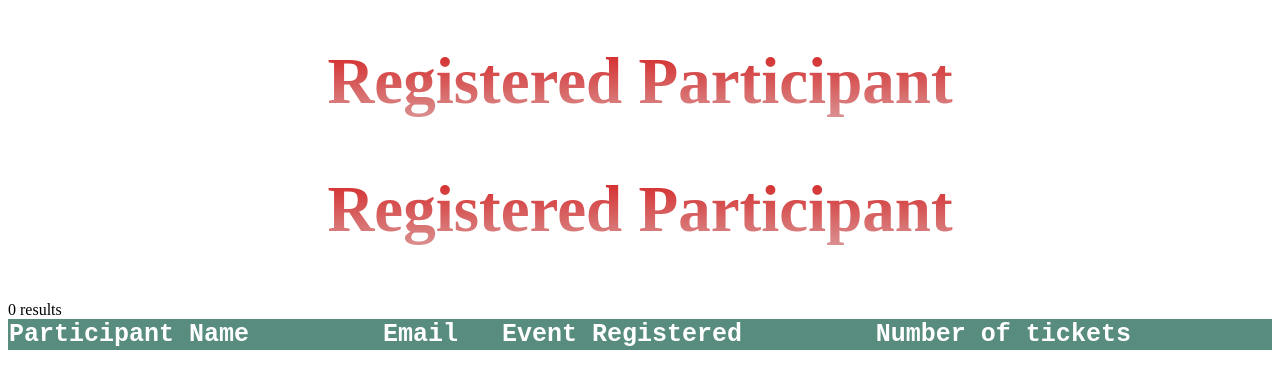
Repository: farhan-helmy/web_prog_project_dulu2
Page: http://localhost/view.php
The author's editor kept a copy of each file at every save. The page is drawn from the files as they stood at one save, then again after the next save.
The browser window is 1280 px wide. The pictures show the whole page.
The page is run by PHP 8.4 with error messages shown; the project is at /var/www/html/. Queries for data that is not in the repository find no rows.

Above is the page before, as saved 2020-05-12 07:24:34.

### view.php
<!DOCTYPE html>
<html>
<head>
<title>Table with database</title>
<style>
table {
border-collapse: collapse;
width: 100%;
color: #588c7e;
font-family: monospace;
font-size: 25px;
text-align: left;
}
th {
background-color: #588c7e;
color: white;
}
tr:nth-child(even) {background-color: #f2f2f2}
h2,h1 {

      font-size: 65px;
      background: -webkit-linear-gradient(rgb(212, 30, 30), rgb(218, 146, 146));
      -webkit-background-clip: text;
      -webkit-text-fill-color: transparent;
    }
</style>
</head>
<body>
<h1 style="text-align: center;">Registered Participant</h1>
<h2 style="text-align: center;">Registered Participant</h2>
<table>
<tr>
<th>Participant Name</th>
<th>Email</th>
<th>Event Registered</th>
<th>Number of tickets</th>
</tr>
<?php
$conn = mysqli_connect("localhost", "root", "", "webproject");
// Check connection
if ($conn->connect_error) {
die("Connection failed: " . $conn->connect_error);
}
$sql = "SELECT name, email, eventname, tickets FROM registration";
$result = $conn->query($sql);
if ($result->num_rows > 0) {
// output data of each row
while($row = $result->fetch_assoc()) {
echo "<tr><td>" . $row["name"]. "</td><td>" . $row["email"] . "</td><td>" . $row["eventname"] . "</td><td>"
. $row["tickets"]. "</td></tr>";
}
echo "</table>";
} else { echo "0 results"; }
$conn->close();
?>
</table>
</body>
</html>

After the next save:
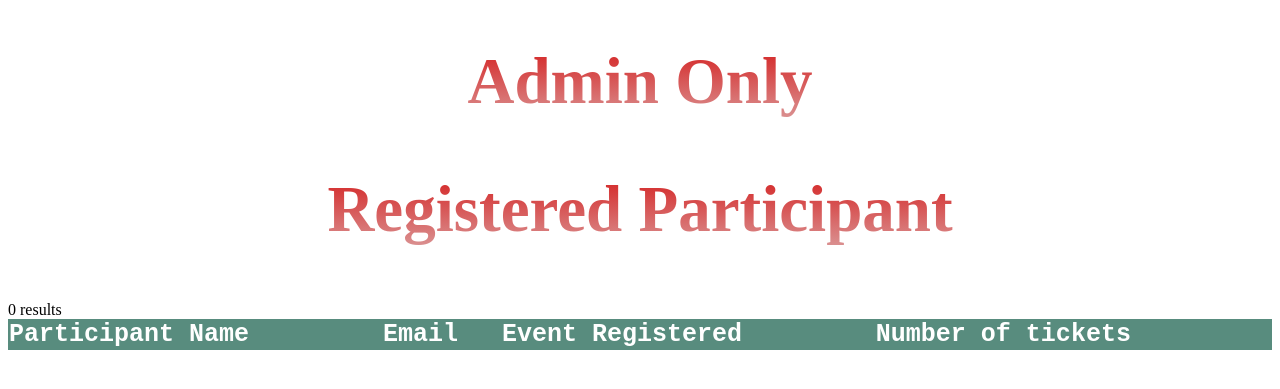
Saved 15 s later.
--- a/view.php
+++ b/view.php
@@ -26,7 +26,7 @@
 </style>
 </head>
 <body>
-<h1 style="text-align: center;">Registered Participant</h1>
+<h1 style="text-align: center;">Admin Only</h1>
 <h2 style="text-align: center;">Registered Participant</h2>
 <table>
 <tr>
